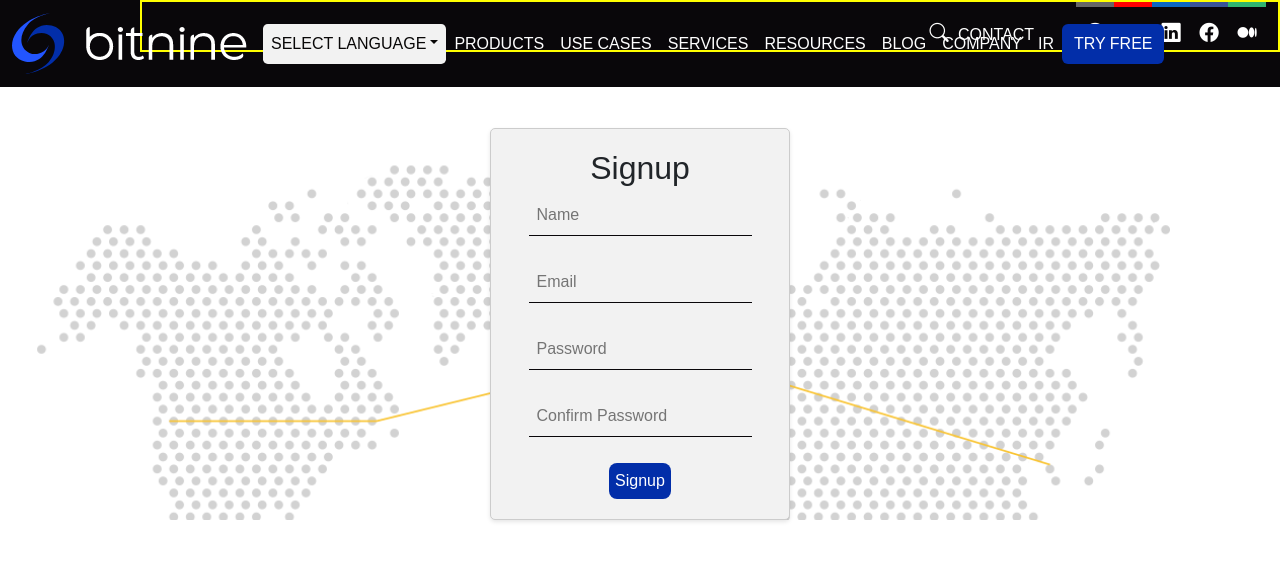
Repository: devblackie/signinpage
Page: /
These files come from the project's save history. The page is drawn as it stood at one moment and after the next save; the edit follows.
The browser window is 1280 px wide. The pictures show the whole page.
Some web fonts or font styles are not loaded; a fallback is used. The project was rebuilt for these pictures with package versions that can differ from the ones it lists, and the page was loaded fresh each time. Also part of the build but not shown: vite.config.js, src/components/Login.jsx, src/components/Dashboard.jsx, src/components/Home.jsx, src/components/ProtectedDashboard.jsx.

Above is the page before, as saved 2023-08-28 17:41:25.

After the next save:
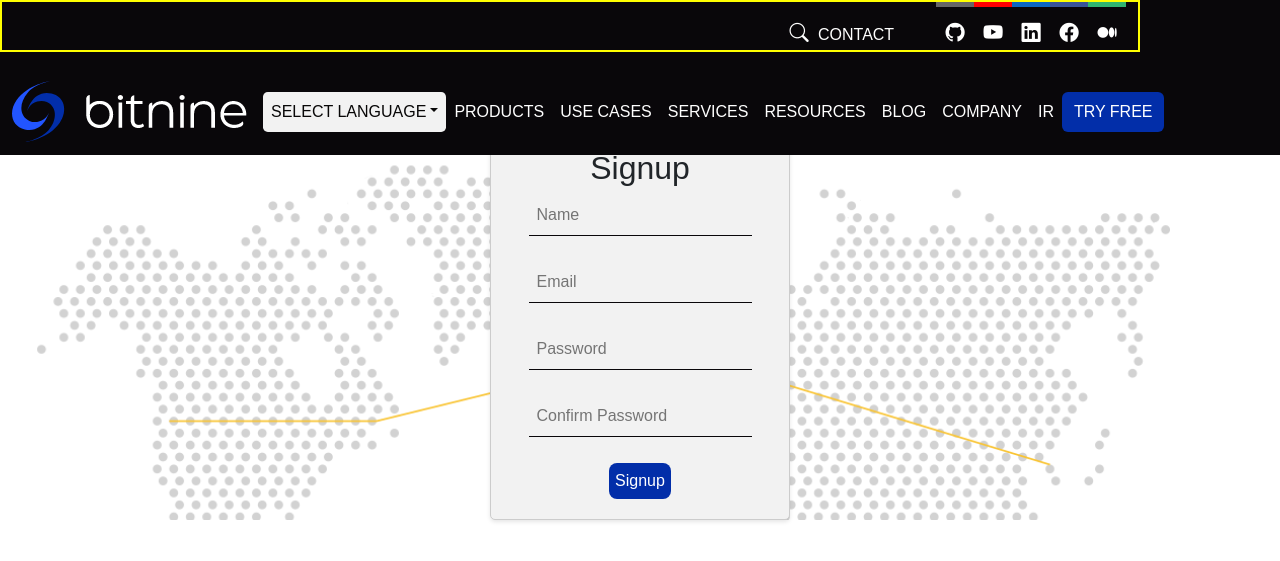
Saved 18 s later.
--- a/src/components/style/navbar.css
+++ b/src/components/style/navbar.css
@@ -21,8 +21,6 @@
   border: 2px solid yellow;
   margin: 0 0 1rem 0;
 
-  position: absolute;
-  right: 0;
 }
 
 .topbar .container .row {
